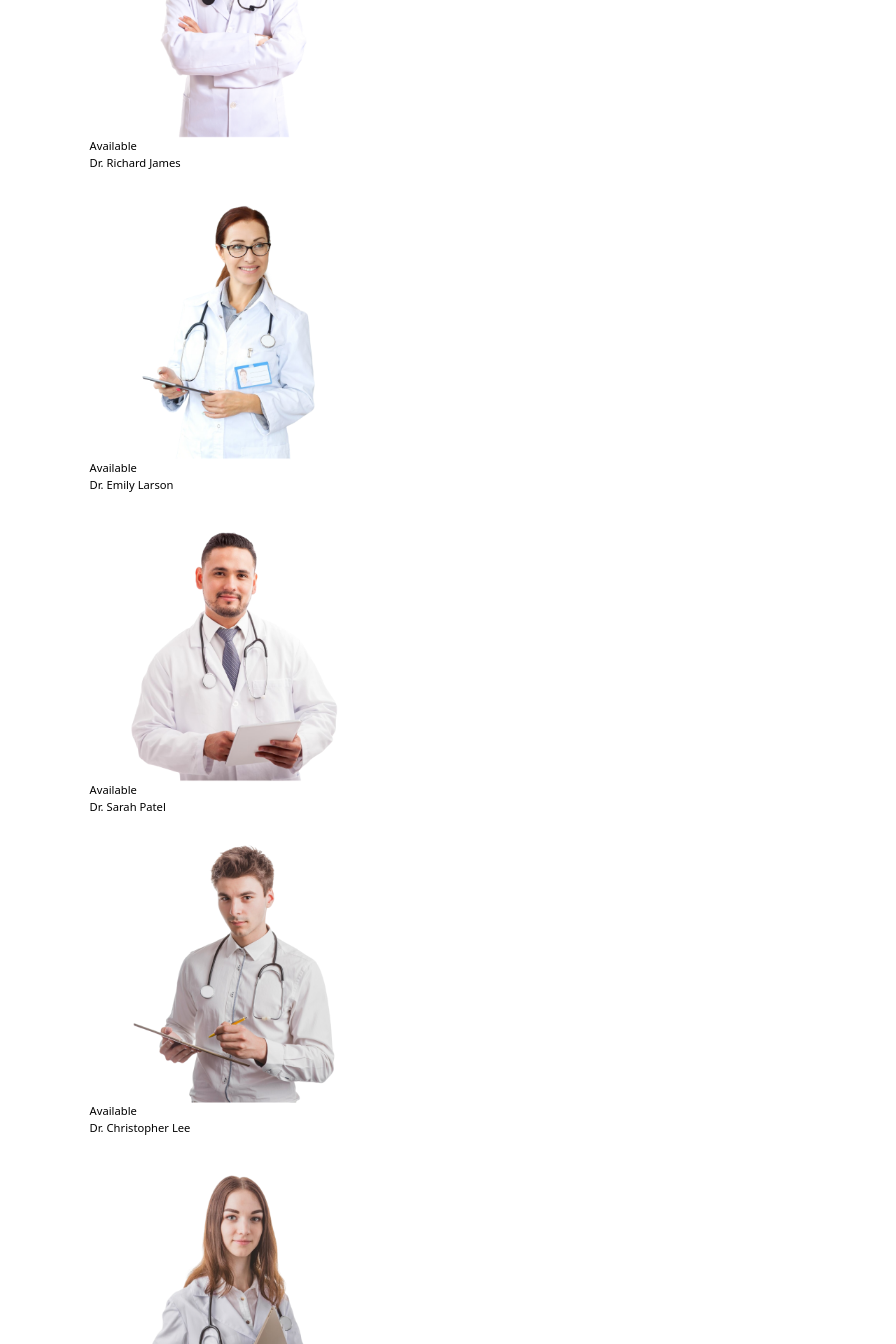
Repository: Pran2535/appointement_booking
Page: / (app in frontend/)
These files come from the project's save history. The page is drawn as it stood at one moment and after the next save; the edit follows.
The browser window is 1280 px wide. The pictures show the part of the page from y = 1720 to 3640 px (the page is 6102 px tall before and 6342 px after), at 70% of full size.
The project was rebuilt for these pictures with package versions that can differ from the ones it lists, and the page was loaded fresh each time. Also part of the build but not shown: frontend/vite.config.js, frontend/src/pages/About.jsx, frontend/src/pages/MyAppointments.jsx, frontend/src/pages/Doctors.jsx, frontend/src/pages/Login.jsx, frontend/src/pages/Contact.jsx, frontend/src/pages/MyProfile.jsx, frontend/src/pages/Appointment.jsx.

Above is the page before, as saved 2025-02-16 21:35:33.

### frontend/index.html
<!doctype html>
<html lang="en">
  <head>
    <meta charset="UTF-8" />
    <link rel="icon" type="image/svg+xml" href="/vite.svg" />
    <meta name="viewport" content="width=device-width, initial-scale=1.0" />
    <title>Mishra healthcare</title>
  </head>
  <body>
    <div id="root"></div>
    <script type="module" src="/src/main.jsx"></script>
  </body>
</html>

### frontend/src/main.jsx
import { StrictMode } from 'react'
import { createRoot } from 'react-dom/client'
import './index.css'
import App from './App.jsx'
import { BrowserRouter } from 'react-router-dom'

createRoot(document.getElementById('root')).render(
<BrowserRouter>
    <App />
  </BrowserRouter>,
)

### frontend/src/App.jsx
import React from 'react'
import { Route, Routes } from 'react-router-dom'
import Home from './pages/Home'
import About from './pages/About'
import MyAppointments from './pages/MyAppointments'
import Doctors from './pages/Doctors'
import Login from './pages/Login'
import Contact from './pages/Contact'
import MyProfile from './pages/MyProfile'
import Appointment from './pages/Appointment'
import Navbar from './components/Navbar'

const App = () => {
  return (
    <div className='mx-4 sm:mx-[10%]'>
      <Navbar/>{ /* mounted navbar component before routes so that it gets displayed over the all routes */}
      <Routes>
        <Route path='/' element={<Home />} />
        <Route path='/about' element={<About />} />
        <Route path='/my-appointments' element={<MyAppointments />} />
        <Route path='/doctors' element={<Doctors/>}/>
        <Route path='/doctors/:speciality' element={<Doctors/>}/>
        <Route path ='/login' element={<Login/>}/>
        <Route path='/contact' element={<Contact/>}/>
        <Route path ='/my-profile' element={<MyProfile/>}/>
        <Route path ='/appointments/:docId' element={<Appointment/>}/>
      </Routes>
    </div>
  )
}

export default App

### frontend/src/pages/Home.jsx
import React from 'react'
import Header from '../components/Header'
import SpecialityMenu from '../components/SpecialityMenu'
import TopDoctors from '../components/TopDoctors'

const Home = () => {
  return (
    <div>
      <Header/>
      <SpecialityMenu/>
      <TopDoctors/>
    </div>
  )
}

export default Home

### frontend/src/components/Navbar.jsx
import React, { useState } from 'react'
import { NavLink, useNavigate } from 'react-router-dom'
import { assets } from '../assets/assets'

const links = [
  { to: '/', label: 'Home' },
  { to: '/doctors', label: 'All Doctors' },
  { to: '/about', label: 'About' },
  { to: '/contact', label: 'Contact' }
]

const Navbar = () => {
  const navigate = useNavigate();
  const [showMenu, setShowMenu]=useState(false);
  const [token,setToken]=useState(true);


  return (
    <nav className="sticky top-0 bg-white shadow-sm z-50">
      <div className="max-w-7xl mx-auto px-4 sm:px-6 lg:px-8 py-4 flex items-center justify-between">
        {/* Logo */}
        <div className="flex-shrink-0">
          <img
            className="w-32 md:w-40 lg:w-44 h-auto cursor-pointer transition-transform hover:scale-105"
            src={assets.logo}
            alt="Company Logo"
          />
        </div>

        {/* Navigation Links */}
        <div className="hidden md:block">
          <ul className="flex items-center space-x-8">
            {links.map((l, i) => (
              <React.Fragment key={l.to}>
                <NavLink
                  to={l.to}
                  className={({ isActive }) =>
                    `font-medium transition-colors duration-200 hover:text-blue-600 ${
                      isActive ? 'text-blue-600' : 'text-gray-700'
                    }`
                  }
                >
                  {l.label}
                </NavLink>
                {i < links.length - 1 && (
                  <div className="h-5 w-px bg-gray-300" aria-hidden="true" />
                )}
              </React.Fragment>
            ))}
          </ul>
        </div>

        {/* CTA Button */}
        <div className="flex items-center gap-4">
            {
                token?
                <div className='flex items-center gap-2 cursor-pointer group relative' >
                    <img className='w-8 rounded-full' src={assets.profile_pic} alt="" />
                    <img className='w-2.5 ' src={assets.dropdown_icon} alt="" />
                    <div className='absolute top-0 right-0 pt-14 text-base font-medium text-gray-600 z-20 hidden group-hover:block'>
                        <div className='min-w-48 bg-stone-100 rounded flex flex-col gap-4 p-4'>
                            <p onClick={()=>navigate('/my-appointments')} className='hover:text-black cursor-pointer'>My Appointments</p>
                            <p onClick={()=>navigate('/my-profile')} className='hover:text-black cursor-pointer'>My Profile</p>
                            <p onClick={()=>setToken(false)} className='hover:text-black cursor-pointer'>Logout</p>
                        </div>
                    </div>
                </div>

                :
                 <button
            onClick={() => navigate('/login')}
            className="hidden cursor-pointer md:block bg-blue-600 hover:bg-blue-700 text-white px-6 py-3 rounded-full font-semibold transition-colors duration-200 focus:outline-none focus:ring-2 focus:ring-blue-500 focus:ring-offset-2 shadow-md"
          >
            Create Account
          </button>
            }

        </div>
      </div>
    </nav>
  )
}

export default Navbar

### frontend/src/components/Header.jsx
import React from 'react';
import { assets } from '../assets/assets';

const Header = () => {
  const handleScroll = (e) => {
    e.preventDefault();
    const element = document.querySelector('#speciality');
    if (element) {
      element.scrollIntoView({
        behavior: 'smooth',
        block: 'start'
      });
    }
  };

  return (
    <div className="mt-4 flex flex-col md:flex-row justify-between items-center bg-blue-400 px-6 md:px-10 lg:px-20 py-12 text-white">
      {/* Left side */}
      <div className="w-full md:w-1/2 space-y-10 mb-8 md:mb-0">
        <div className="space-y-2">
          <h1 className="text-4xl lg:text-5xl font-bold leading-tight tracking-tight">
            Book Appointment
          </h1>
          <h2 className="text-3xl lg:text-4xl font-semibold text-blue-100 leading-relaxed">
            With Trusted Doctors
          </h2>
        </div>

        <div className="space-y-6">
          <div className="flex items-center space-x-4">
            <img
              src={assets.group_profiles}
              alt="Doctor Profiles"
              className="w-32 h-auto object-contain drop-shadow-lg"
            />
          </div>

          <div className="space-y-3">
            <p className="text-lg md:text-xl text-blue-50 leading-relaxed font-light tracking-wide">
              Simply browse through our extensive list of trusted doctors,
            </p>
            <p className="text-lg md:text-xl text-blue-50 leading-relaxed font-light tracking-wide">
              schedule your appointment hassle-free.
            </p>
          </div>
        </div>

        <a
          href="#speciality"
          onClick={handleScroll}
          className="inline-flex items-center space-x-4 bg-gradient-to-r from-blue-500 to-purple-500 hover:from-blue-600 hover:to-purple-600 text-white font-bold uppercase px-8 py-4 rounded-full shadow-lg transition-all duration-300 hover:scale-105 tracking-wider text-sm"
        >
          <span>Book Appointment</span>
          <img
            src={assets.arrow_icon}
            alt="Arrow"
            className="w-5 h-5 transform group-hover:translate-x-1 transition-transform"
          />
        </a>
      </div>

      {/* Right side */}
      <div className="w-full md:w-1/2 flex justify-center md:justify-end mt-8 md:mt-0">
        <img
          src={assets.header_img}
          alt="Header illustration"
          className="w-full max-w-lg h-auto object-contain drop-shadow-xl"
        />
      </div>
    </div>
  );
};

export default Header;

### frontend/src/components/SpecialityMenu.jsx
import React from 'react';
import { specialityData } from '../assets/assets';
import { Link } from 'react-router-dom';

const SpecialityMenu = () => {
  return (
    <section
      id="speciality"
      className="px-6 md:px-12 lg:px-20 py-16 bg-gradient-to-b from-gray-50 to-gray-100"
    >
      <div className="max-w-6xl mx-auto">
        {/* Header Section */}
        <header className="text-center space-y-4 mb-12">
          <h1 className="text-3xl md:text-4xl font-bold text-gray-800 tracking-tight">
            Find by Speciality
          </h1>
          <p className="text-lg md:text-xl text-gray-600 max-w-2xl mx-auto leading-relaxed font-light">
            Simply browse through our extensive list of trusted doctors and schedule your appointment hassle-free.
          </p>
        </header>

        {/* Speciality Grid */}
        <div className="grid grid-cols-2 sm:grid-cols-3 md:grid-cols-4 gap-6 md:gap-8">
          {specialityData.map((item, index) => (
            <Link
            onClick={()=>scrollTo(0,0)}
              key={index}
              to={`/doctors/${item.speciality}`}
              className="group flex flex-col items-center bg-white p-6 md:p-8 rounded-2xl shadow-md hover:shadow-xl transition-all duration-300 hover:scale-105 border border-gray-100"
            >
              <div className="w-20 h-20 md:w-24 md:h-24 rounded-full bg-blue-50 flex items-center justify-center mb-4 group-hover:bg-blue-100 transition-colors duration-300">
                <img
                  src={item.image}
                  alt={item.speciality}
                  className="w-12 h-12 md:w-14 md:h-14 object-contain"
                />
              </div>
              <p className="text-lg font-semibold text-gray-800 text-center tracking-wide group-hover:text-blue-600 transition-colors duration-300">
                {item.speciality}
              </p>
            </Link>
          ))}
        </div>
      </div>
    </section>
  );
};

export default SpecialityMenu;

### frontend/src/components/TopDoctors.jsx
import React from 'react'
import { doctors } from '../assets/assets'

const TopDoctors = () => {
  return (
    <div>
      <h1>Top Doctors to book</h1>
      <p>Simply browse through our extensive list of trusted doctors</p>
      <div className="">
        {doctors.slice(0,10).map((item, index)=>(
         <div className="">
            <img src={item.image} alt="" />
            <div className="">
                <p></p> <p>Available</p>
            </div>
            <p>{item.name}</p>
         </div>
        ))}
      </div>
    </div>
  )
}

export default TopDoctors

### frontend/src/assets/assets.js
import appointment_img from './appointment_img.png'
import header_img from './header_img.png'
import group_profiles from './group_profiles.png'
import profile_pic from './profile_pic.png'
import contact_image from './contact_image.png'
import about_image from './about_image.png'
import logo from './logo.svg'
import dropdown_icon from './dropdown_icon.svg'
import menu_icon from './menu_icon.svg'
import cross_icon from './cross_icon.png'
import chats_icon from './chats_icon.svg'
import verified_icon from './verified_icon.svg'
import arrow_icon from './arrow_icon.svg'
import info_icon from './info_icon.svg'
import upload_icon from './upload_icon.png'
import stripe_logo from './stripe_logo.png'
import razorpay_logo from './razorpay_logo.png'
import doc1 from './doc1.png'
import doc2 from './doc2.png'
import doc3 from './doc3.png'
import doc4 from './doc4.png'
import doc5 from './doc5.png'
import doc6 from './doc6.png'
import doc7 from './doc7.png'
import doc8 from './doc8.png'
import doc9 from './doc9.png'
import doc10 from './doc10.png'
import doc11 from './doc11.png'
import doc12 from './doc12.png'
import doc13 from './doc13.png'
import doc14 from './doc14.png'
import doc15 from './doc15.png'
import Dermatologist from './Dermatologist.svg'
import Gastroenterologist from './Gastroenterologist.svg'
import General_physician from './General_physician.svg'
import Gynecologist from './Gynecologist.svg'
import Neurologist from './Neurologist.svg'
import Pediatricians from './Pediatricians.svg'


export const assets = {
    appointment_img,
    header_img,
    group_profiles,
    logo,
    chats_icon,
    verified_icon,
    info_icon,
    profile_pic,
    arrow_icon,
    contact_image,
    about_image,
    menu_icon,
    cross_icon,
    dropdown_icon,
    upload_icon,
    stripe_logo,
    razorpay_logo
}

export const specialityData = [
    {
        speciality: 'General physician',
        image: General_physician
    },
    {
        speciality: 'Gynecologist',
        image: Gynecologist
    },
    {
        speciality: 'Dermatologist',
        image: Dermatologist
    },
    {
        speciality: 'Pediatricians',
        image: Pediatricians
    },
    {
        speciality: 'Neurologist',
        image: Neurologist
    },
    {
        speciality: 'Gastroenterologist',
        image: Gastroenterologist
    },
]

export const doctors = [
    {
        _id: 'doc1',
        name: 'Dr. Richard James',
        image: doc1,
        speciality: 'General physician',
        degree: 'MBBS',
        experience: '4 Years',
        about: 'Dr. Davis has a strong commitment to delivering comprehensive medical care, focusing on preventive medicine, early diagnosis, and effective treatment strategies. Dr. Davis has a strong commitment to delivering comprehensive medical care, focusing on preventive medicine, early diagnosis, and effective treatment strategies.',
        fees: 50,
        address: {
            line1: '17th Cross, Richmond',
            line2: 'Circle, Ring Road, London'
        }
    },
    {
        _id: 'doc2',
        name: 'Dr. Emily Larson',
        image: doc2,
        speciality: 'Gynecologist',
        degree: 'MBBS',
        experience: '3 Years',
        about: 'Dr. Davis has a strong commitment to delivering comprehensive medical care, focusing on preventive medicine, early diagnosis, and effective treatment strategies. Dr. Davis has a strong commitment to delivering comprehensive medical care, focusing on preventive medicine, early diagnosis, and effective treatment strategies.',
        fees: 60,
        address: {
            line1: '27th Cross, Richmond',
            line2: 'Circle, Ring Road, London'
        }
    },
    {
        _id: 'doc3',
        name: 'Dr. Sarah Patel',
        image: doc3,
        speciality: 'Dermatologist',
        degree: 'MBBS',
        experience: '1 Years',
        about: 'Dr. Davis has a strong commitment to delivering comprehensive medical care, focusing on preventive medicine, early diagnosis, and effective treatment strategies. Dr. Davis has a strong commitment to delivering comprehensive medical care, focusing on preventive medicine, early diagnosis, and effective treatment strategies.',
        fees: 30,
        address: {
            line1: '37th Cross, Richmond',
            line2: 'Circle, Ring Road, London'
        }
    },
    {
        _id: 'doc4',
        name: 'Dr. Christopher Lee',
        image: doc4,
        speciality: 'Pediatricians',
        degree: 'MBBS',
        experience: '2 Years',
        about: 'Dr. Davis has a strong commitment to delivering comprehensive medical care, focusing on preventive medicine, early diagnosis, and effective treatment strategies. Dr. Davis has a strong commitment to delivering comprehensive medical care, focusing on preventive medicine, early diagnosis, and effective treatment strategies.',
        fees: 40,
        address: {
            line1: '47th Cross, Richmond',
            line2: 'Circle, Ring Road, London'
        }
    },
    {
        _id: 'doc5',
        name: 'Dr. Jennifer Garcia',
        image: doc5,
        speciality: 'Neurologist',
        degree: 'MBBS',
        experience: '4 Years',
        about: 'Dr. Davis has a strong commitment to delivering comprehensive medical care, focusing on preventive medicine, early diagnosis, and effective treatment strategies. Dr. Davis has a strong commitment to delivering comprehensive medical care, focusing on preventive medicine, early diagnosis, and effective treatment strategies.',
        fees: 50,
        address: {
            line1: '57th Cross, Richmond',
            line2: 'Circle, Ring Road, London'
        }
    },
    {
        _id: 'doc6',
        name: 'Dr. Andrew Williams',
        image: doc6,
        speciality: 'Neurologist',
        degree: 'MBBS',
        experience: '4 Years',
        about: 'Dr. Davis has a strong commitment to delivering comprehensive medical care, focusing on preventive medicine, early diagnosis, and effective treatment strategies. Dr. Davis has a strong commitment to delivering comprehensive medical care, focusing on preventive medicine, early diagnosis, and effective treatment strategies.',
        fees: 50,
        address: {
            line1: '57th Cross, Richmond',
            line2: 'Circle, Ring Road, London'
        }
    },
    {
        _id: 'doc7',
        name: 'Dr. Christopher Davis',
        image: doc7,
        speciality: 'General physician',
        degree: 'MBBS',
        experience: '4 Years',
        about: 'Dr. Davis has a strong commitment to delivering comprehensive medical care, focusing on preventive medicine, early diagnosis, and effective treatment strategies. Dr. Davis has a strong commitment to delivering comprehensive medical care, focusing on preventive medicine, early diagnosis, and effective treatment strategies.',
        fees: 50,
        address: {
            line1: '17th Cross, Richmond',
            line2: 'Circle, Ring Road, London'
        }
    },
    {
        _id: 'doc8',
        name: 'Dr. Timothy White',
        image: doc8,
        speciality: 'Gynecologist',
        degree: 'MBBS',
        experience: '3 Years',
        about: 'Dr. Davis has a strong commitment to delivering comprehensive medical care, focusing on preventive medicine, early diagnosis, and effective treatment strategies. Dr. Davis has a strong commitment to delivering comprehensive medical care, focusing on preventive medicine, early diagnosis, and effective treatment strategies.',
        fees: 60,
        address: {
            line1: '27th Cross, Richmond',
            line2: 'Circle, Ring Road, London'
        }
    },
    {
        _id: 'doc9',
        name: 'Dr. Ava Mitchell',
        image: doc9,
        speciality: 'Dermatologist',
        degree: 'MBBS',
        experience: '1 Years',
        about: 'Dr. Davis has a strong commitment to delivering comprehensive medical care, focusing on preventive medicine, early diagnosis, and effective treatment strategies. Dr. Davis has a strong commitment to delivering comprehensive medical care, focusing on preventive medicine, early diagnosis, and effective treatment strategies.',
        fees: 30,
        address: {
            line1: '37th Cross, Richmond',
            line2: 'Circle, Ring Road, London'
        }
    },
    {
        _id: 'doc10',
        name: 'Dr. Jeffrey King',
        image: doc10,
        speciality: 'Pediatricians',
        degree: 'MBBS',
        experience: '2 Years',
        about: 'Dr. Davis has a strong commitment to delivering comprehensive medical care, focusing on preventive medicine, early diagnosis, and effective treatment strategies. Dr. Davis has a strong commitment to delivering comprehensive medical care, focusing on preventive medicine, early diagnosis, and effective treatment strategies.',
        fees: 40,
        address: {
            line1: '47th Cross, Richmond',
            line2: 'Circle, Ring Road, London'
        }
    },
    {
        _id: 'doc11',
        name: 'Dr. Zoe Kelly',
        image: doc11,
        speciality: 'Neurologist',
        degree: 'MBBS',
        experience: '4 Years',
        about: 'Dr. Davis has a strong commitment to delivering comprehensive medical care, focusing on preventive medicine, early diagnosis, and effective treatment strategies. Dr. Davis has a strong commitment to delivering comprehensive medical care, focusing on preventive medicine, early diagnosis, and effective treatment strategies.',
        fees: 50,
        address: {
            line1: '57th Cross, Richmond',
            line2: 'Circle, Ring Road, London'
        }
    },
    {
        _id: 'doc12',
        name: 'Dr. Patrick Harris',
        image: doc12,
        speciality: 'Neurologist',
        degree: 'MBBS',
        experience: '4 Years',
        about: 'Dr. Davis has a strong commitment to delivering comprehensive medical care, focusing on preventive medicine, early diagnosis, and effective treatment strategies. Dr. Davis has a strong commitment to delivering comprehensive medical care, focusing on preventive medicine, early diagnosis, and effective treatment strategies.',
        fees: 50,
        address: {
            line1: '57th Cross, Richmond',
            line2: 'Circle, Ring Road, London'
        }
    },
    {
        _id: 'doc13',
        name: 'Dr. Chloe Evans',
        image: doc13,
        speciality: 'General physician',
        degree: 'MBBS',
        experience: '4 Years',
        about: 'Dr. Davis has a strong commitment to delivering comprehensive medical care, focusing on preventive medicine, early diagnosis, and effective treatment strategies. Dr. Davis has a strong commitment to delivering comprehensive medical care, focusing on preventive medicine, early diagnosis, and effective treatment strategies.',
        fees: 50,
        address: {
            line1: '17th Cross, Richmond',
            line2: 'Circle, Ring Road, London'
        }
    },
    {
        _id: 'doc14',
        name: 'Dr. Ryan Martinez',
        image: doc14,
        speciality: 'Gynecologist',
        degree: 'MBBS',
        experience: '3 Years',
        about: 'Dr. Davis has a strong commitment to delivering comprehensive medical care, focusing on preventive medicine, early diagnosis, and effective treatment strategies. Dr. Davis has a strong commitment to delivering comprehensive medical care, focusing on preventive medicine, early diagnosis, and effective treatment strategies.',
        fees: 60,
        address: {
            line1: '27th Cross, Richmond',
            line2: 'Circle, Ring Road, London'
        }
    },
    {
        _id: 'doc15',
        name: 'Dr. Amelia Hill',
        image: doc15,
        speciality: 'Dermatologist',
        degree: 'MBBS',
        experience: '1 Years',
        about: 'Dr. Davis has a strong commitment to delivering comprehensive medical care, focusing on preventive medicine, early diagnosis, and effective treatment strategies. Dr. Davis has a strong commitment to delivering comprehensive medical care, focusing on preventive medicine, early diagnosis, and effective treatment strategies.',
        fees: 30,
        address: {
            line1: '37th Cross, Richmond',
            line2: 'Circle, Ring Road, London'
        }
    },
]

Loaded but not shown: frontend/src/index.css (common file)

After the next save:
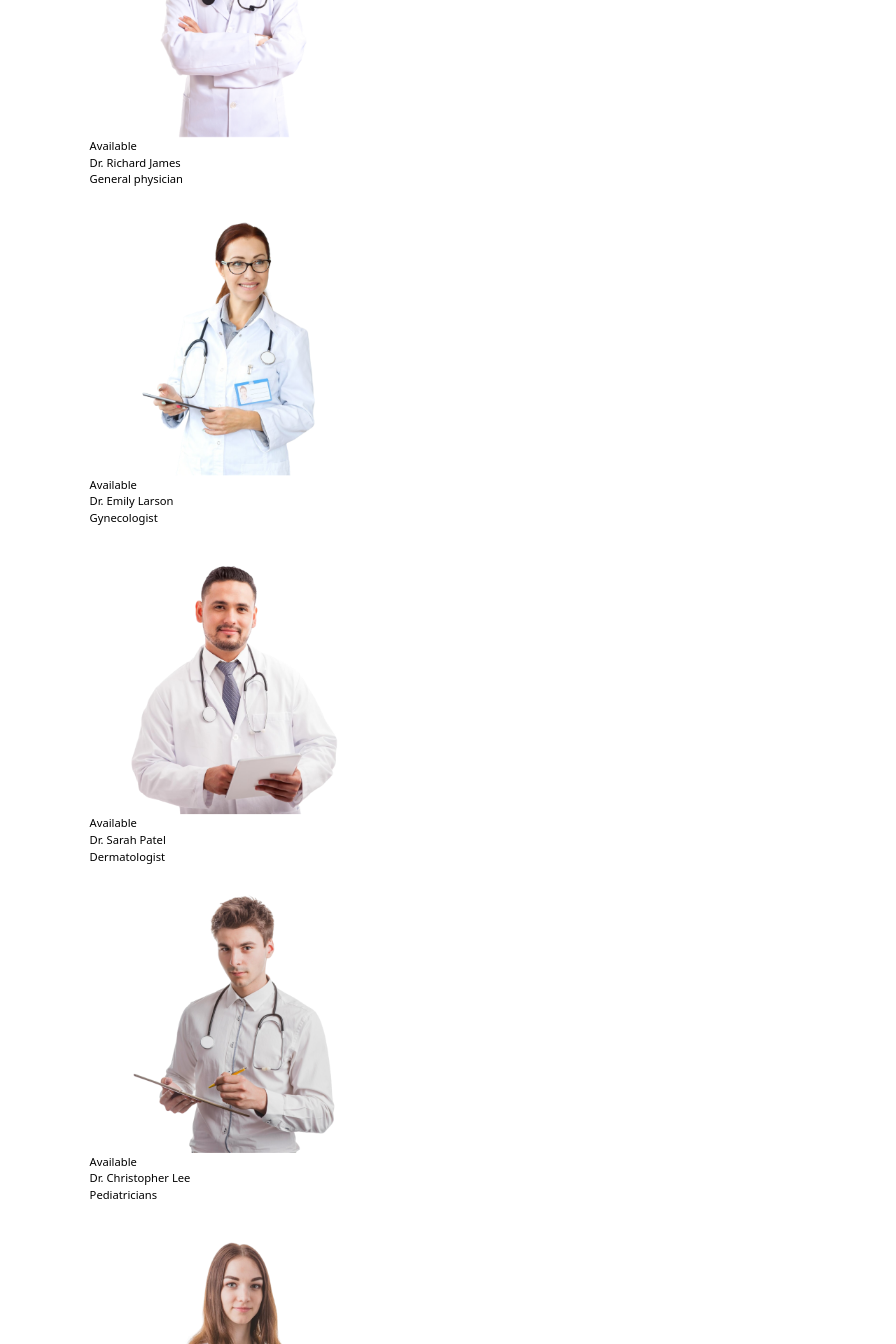
Saved 27 s later.
--- a/frontend/src/components/TopDoctors.jsx
+++ b/frontend/src/components/TopDoctors.jsx
@@ -14,6 +14,7 @@ const TopDoctors = () => {
                 <p></p> <p>Available</p>
             </div>
             <p>{item.name}</p>
+            <p>{item.speciality}</p>
          </div>
         ))}
       </div>
